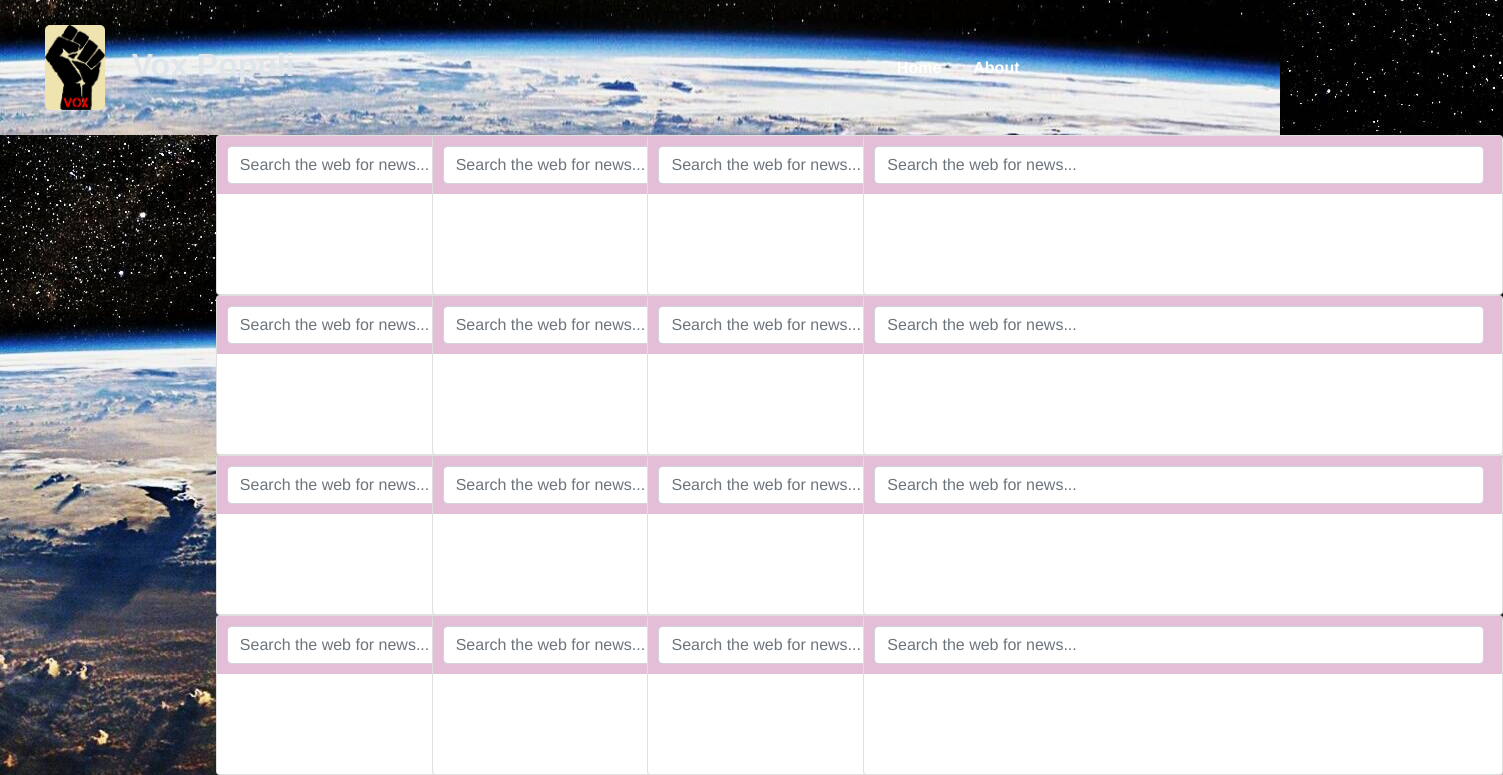
Repository: mseparov/vox-populi
Page: / (app in vox-populi/)
The author's editor kept a copy of each file at every save. The page is drawn from the files as they stood at one save, then again after a run of saves.
The browser window is 1280 px wide. The page is 1503 px wide, so the pictures cover 1503 px, including what lies to the right of the window. The pictures show the whole page.
The page's requests for data from a server got no answer. Backgrounds fixed to the window are drawn as part of the page. The project was rebuilt for these pictures with package versions that can differ from the ones it lists, and the page was loaded fresh each time. No one was signed in, and anything a server would have sent is missing.

Above is the page before, as saved 2021-08-23 00:40:19.

After the next 2 saves:
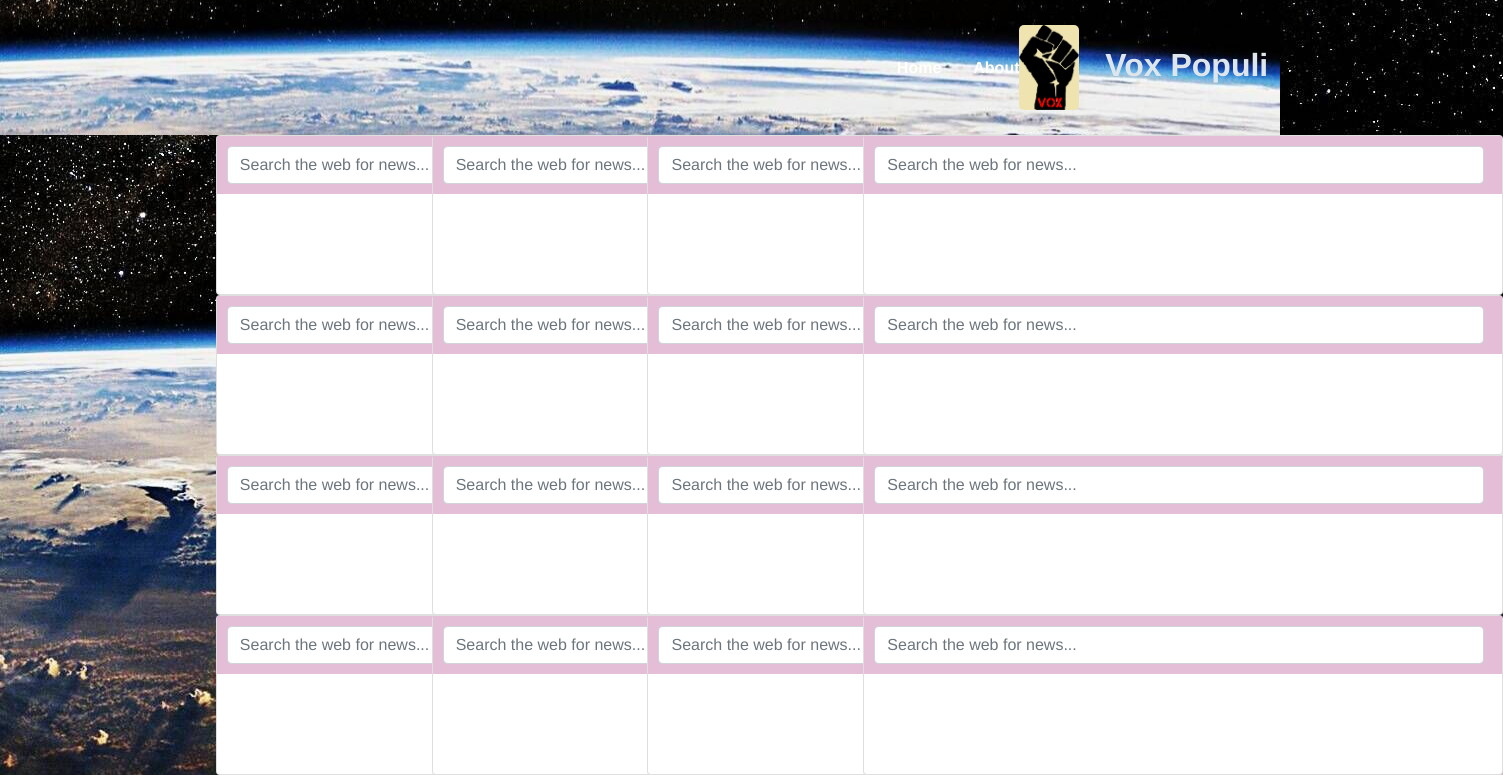
The 2 saves are shown as one change because they came seconds apart.
The last was saved 7 s later.
--- a/vox-populi/src/App.vue
+++ b/vox-populi/src/App.vue
@@ -64,7 +64,7 @@
 
   .logo{
     border-radius: 5px;
-    margin-left: 10%;
+    margin-left: 400%;
   }
 
   a.navbar-brand{
